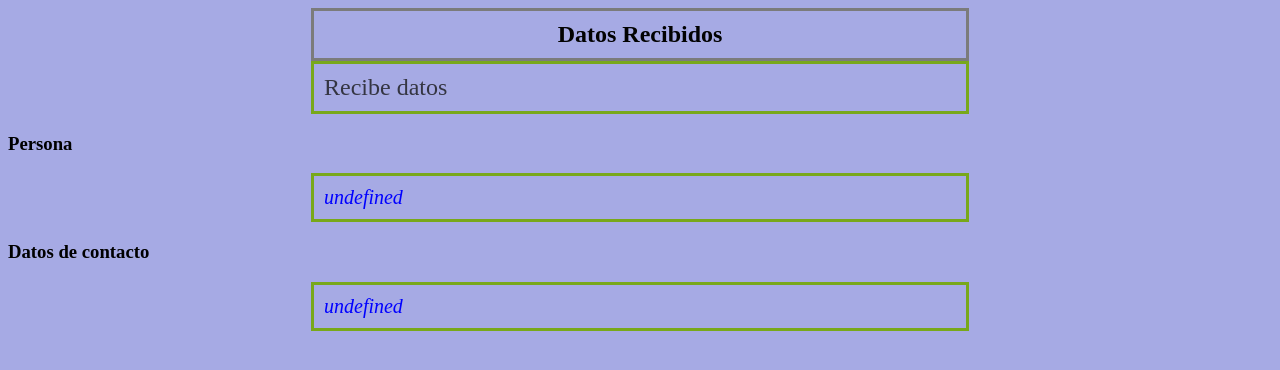
Repository: UVMCoyoacan/VEFY
Page: recibedatosFormCV.html
These files come from the project's save history. The page is drawn as it stood at one moment and after the next save; the edit follows.
The browser window is 1280 px wide. The pictures show the whole page.

Above is the page before, as saved 2024-03-01 11:35:09.
Console error: ReferenceError: ad1 is not defined

After the next save:
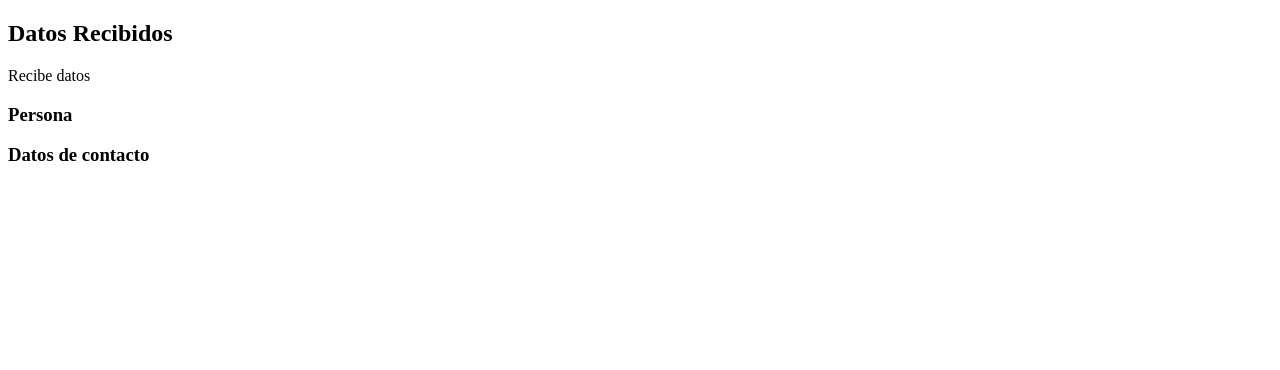
Saved 43 s later.
--- a/recibedatosFormCV.html
+++ b/recibedatosFormCV.html
@@ -1,11 +1,7 @@
 <!DOCTYPE html>
 <html>
 	<head>
-
-        <link rel="stylesheet" href="estilo4.css"/>
 		<script type="text/javascript">
-
-
 			function getUrlVars() { //SOLO CON GET//
 			var vars = {};
 			//AGARRA LA URL//
@@ -28,7 +24,7 @@
 
 				alert("chk= " +ops+": "+ ad1);
 		</script>
-		<meta charset="utf-8" />
+		<meta charset="UTF-8" />
 	</head>
 <body>
 
@@ -51,7 +47,7 @@
 	datPers.style="color:blue;font-size:20px";
     datPers.innerHTML="<i>" + correo + "</i>";
 	datPers.style="color:blue;font-size:20px";
-
+    <meta charset="UTF-8" />
 
 
 

After the save that followed:
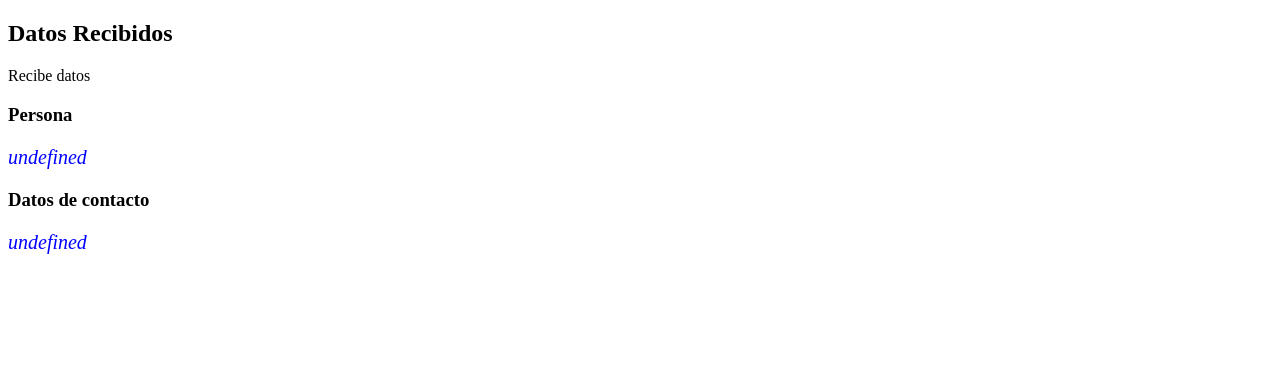
Saved 27 s later.
--- a/recibedatosFormCV.html
+++ b/recibedatosFormCV.html
@@ -47,7 +47,7 @@
 	datPers.style="color:blue;font-size:20px";
     datPers.innerHTML="<i>" + correo + "</i>";
 	datPers.style="color:blue;font-size:20px";
-    <meta charset="UTF-8" />
+
 
 
 
